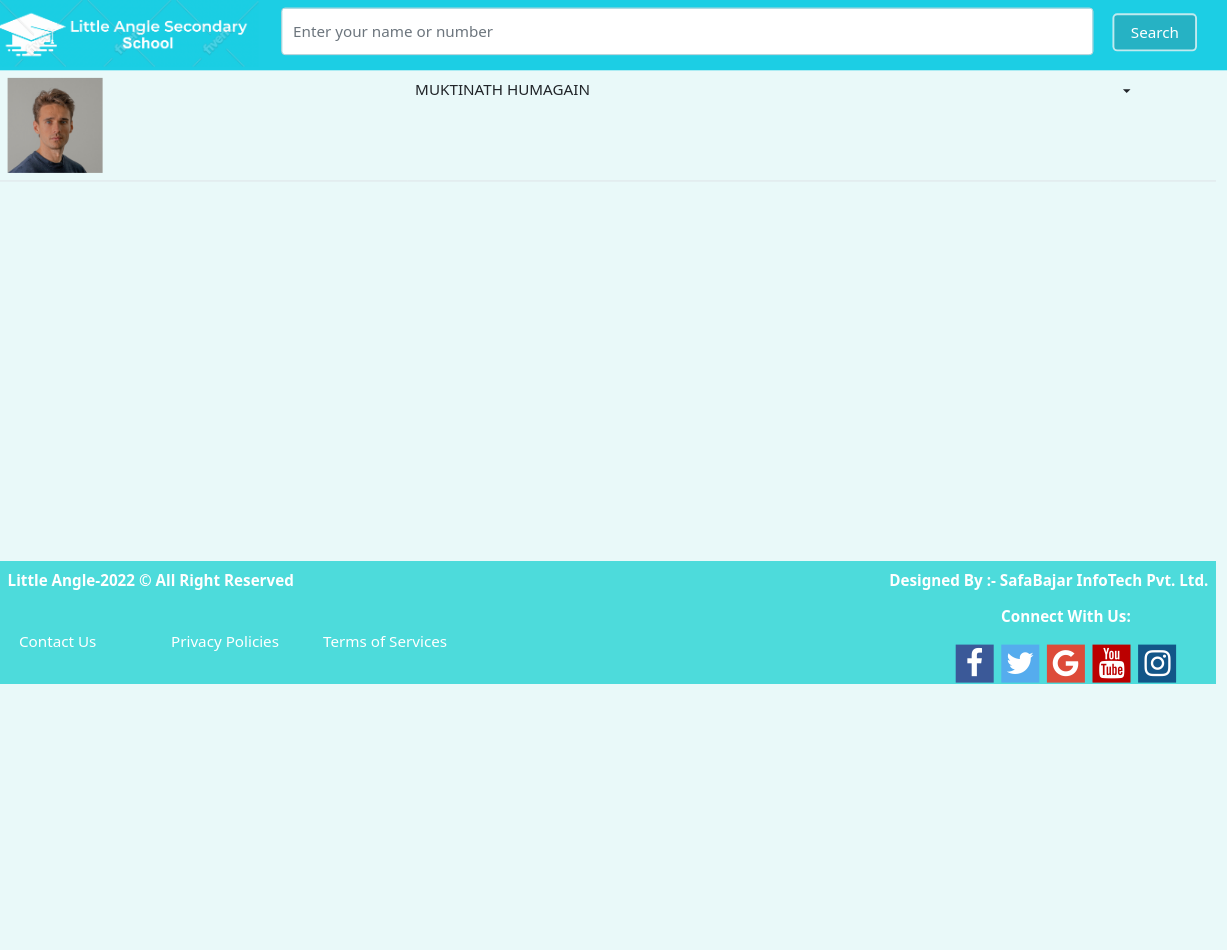
Repository: Sjuicyy/School-Project
Page: profilesview.html
These files come from the project's save history. The page is drawn as it stood at one moment and after the next save; the edit follows.
The browser window is 1280 px wide. The page is 1292 px wide, so the pictures cover 1292 px, including what lies to the right of the window. The pictures show the whole page, at 95% of full size.

Above is the page before, as saved 2022-09-22 11:31:18.

### profilesview.html
<!doctype html>
<html lang="en">

<head>
    <!-- Required meta tags -->
    <meta charset="utf-8">
    <meta name="viewport" content="width=device-width, initial-scale=1">

    <!-- Bootstrap CSS -->
    <link href="https://cdn.jsdelivr.net/npm/bootstrap@5.0.2/dist/css/bootstrap.min.css" rel="stylesheet"
        integrity="sha384-EVSTQN3/azprG1Anm3QDgpJLIm9Nao0Yz1ztcQTwFspd3yD65VohhpuuCOmLASjC" crossorigin="anonymous">

    <link rel="stylesheet" href="https://cdnjs.cloudflare.com/ajax/libs/font-awesome/4.7.0/css/font-awesome.min.css">


    <style>
        body {
            height: 1000px;
        }

        .navcol {
            background-color: rgb(28, 206, 228);
        }

        .row0 div {
            width: auto;
            display: flex;
        }

        .img {
            height: 70px;
            width: 100%;
        }

        .form-control {
            height: 50px;
        }


        .btn1 {
            background-color: rgb(38, 178, 196);
            color: white;
            height: 40px;
            width: 100px;
            margin: 20px;
            margin-top: 14px;
            border: 2px solid rgba(255, 255, 255, 0.715);
            border-radius: 5px;
        }

        .btn1:hover {
            background-color: rgba(0, 225, 255, 0);
            border: 2px solid white;
            outline: none;
        }

        .btn1:active {
            color: rgba(255, 255, 255, 0.667);
            border: 2px solid rgba(255, 255, 255, 0.533);
        }

        .footer {
            background-color: rgb(77, 219, 219);
            position: fixed;
            width: 100%;
            overflow: AUTO;
            color: rgb(255, 255, 255);
            bottom: 0;
        }

        .footer::-webkit-scrollbar {
            display: none;
        }


        .fb {

            width: 160px
        }

        .fa1 {
            font-size: xx-large;
            padding: 4px;
            margin: 2px;
            width: 40px;
            text-decoration: none;
        }

        .fa-facebook {
            background: #3B5998;
            color: white;
        }

        .fa-twitter {
            background: #55ACEE;
            color: white;
        }

        .fa-google {
            background: #dd4b39;
            color: white;
        }

        .fa-youtube {
            background: #bb0000;
            color: white;
        }

        .fa-instagram {
            background: #125688;
            color: white;
        }

        .red {
            border: 1px solid rgb(219, 77, 77);
        }

        .green {
            border: 1px solid rgb(2, 183, 255);
        }

        .yello {
            border: 1px solid rgb(193, 255, 6);
        }

        .btn2 {
            background-color: rgb(77, 219, 219);
            width: 400px;
        }

        .color {
            color: rgb(28, 206, 228);
        }

        .a {
            text-decoration: none;
            color: rgb(77, 219, 219);
        }

        .loginopt {
            background-color: rgb(255, 255, 255);
            color: rgb(28, 206, 228);
            border: 2px solid;
            width: 43px;
            border-radius: 100px;
            margin: 10px;
        }

        .loginopt:hover {
            color: #0c91f7;
        }

        .btn2:hover {
            background-color: #2a8bd0;
        }
    </style>
    <title>Little Angle School</title>
</head>

<body style="background-color:#99e6e335 ;>
    <!-- heading start -->
    <div class=" container-fluid text-center">
    <div class="row row0 navcol">
        <div class="col-3">
            <a href="pages.html">
                <img class="img" src="./school.png" alt="">
            </a>
        </div>
        <div class="col">
            <input class="form-control mt-2 " type="search" placeholder="Enter your name or number "
                aria-label="Search">
            <button class="btn1" type="submit">Search</button>
            </form>
        </div>
    </div>
    </div>
    <!-- heading end -->



    <!-- profile view body  -->




    <!-- <div class="container mt-4 w-75" style="border: 3px solid #0c91f7;">
        <div class="m-1">


        <div class="row">
            <div class="col-auto  ">
                <img src=" ./profile pic.jpg" width="100px" alt="">
            </div>
            <div class="col " style="">
                <div class="row mt-3 m-auto">
                    <div class="col-auto m-auto w-50 "><b>Name: </b>Shyam Joshi</div>
                    <div class="col-auto m-auto w-50 "><b> Email: </b>Sjuicyy@gmail.com</div>
                </div>
                <div class="row mt-3 m-auto">
                    <div class="col-auto m-auto w-50 "><B>DoB: </B>2055/04/31</div>
                    <div class="col-auto m-auto w-50 "><b>Mobile</b>: +977-9867867202</div>
                </div>
            </div>
            <div class="col-auto " style="overflow:hidden; width:100px">
                <div class="col mt-3 ">
                    <div class="btn btn-primary btn-sm  w-100">view</div>
                </div>
                <div class="col  mt-2">
                    <div class="btn btn-primary btn-sm  w-100">Edit</div>
                </div>
            </div>
        </div>

    </div>
    </div> -->



    <!-- // profile view body  -->





    <!-- another responsive table start -->










    <div class="table-responsive text-nowrap">
        <table class="table table-hover">
            <tbody class="table-border-bottom-0">
                <tr class="text-nowrap">
                    <td>
                        <img src="./profile pic.jpg" width="100px" alt="">
                    </td>
                    <td>MUKTINATH HUMAGAIN</td>
                    <td>
                        <div class="dropdown">
                            <button type="button" class="btn p-0 dropdown-toggle hide-arrow" data-bs-toggle="dropdown">
                            </button>
                        </div>
                    </td>


                </tr>
            </tbody>
        </table>
    </div>
    <!-- another responsive table end -->








    <!-- footer start -->


    <div class="footer">
        <div class="row ">
            <div class="col mx-2 mt-2" style="text-align:left"> <b>Little Angle-2022 © All Right Reserved</b> </div>
            <div class="col mx-2 mt-2" style="text-align:right">
                <p> <b>Designed By :- SafaBajar InfoTech Pvt. Ltd.</b> </p>
            </div>
        </div>
        <div class="row mx-2">
            <div class="col-2  fb" style="text-align:left;margin-top:25px">Contact Us</div>
            <div class="col-2  fb" style="text-align:left;margin-top:25px">Privacy Policies</div>
            <div class="col-2  fb" style="text-align:left;margin-top:25px">Terms of Services</div>
            <div class="col  fb" style="text-align:left"></div>
            <div class="col-6 fb mt-2" style="text-align:center;width:300px">
                <p style="margin-top: -10px;"> <b>Connect With Us:</b> </p>
                <a href="https://www.facebook.com/search/top?q=safabazar%20private%20limited" class="fa fa1 fa-facebook"
                    style="text-align:center;margin-top:-10px"></a>
                <a href="#" class="fa fa1 fa-twitter"></a>
                <a href="#" class="fa fa1 fa-google"></a>
                <a href="#" class="fa fa1 fa-youtube"></a>
                <a href="#" class="fa fa1 fa-instagram"></a>
            </div>
        </div>

    </div>

    </div>

    </div>












    <!-- Optional JavaScript; choose one of the two! -->

    <!-- Option 1: Bootstrap Bundle with Popper -->
    <script src="https://cdn.jsdelivr.net/npm/bootstrap@5.0.2/dist/js/bootstrap.bundle.min.js"
        integrity="sha384-MrcW6ZMFYlzcLA8Nl+NtUVF0sA7MsXsP1UyJoMp4YLEuNSfAP+JcXn/tWtIaxVXM"
        crossorigin="anonymous"></script>

    <!-- Option 2: Separate Popper and Bootstrap JS -->
    <!--
    <script src="https://cdn.jsdelivr.net/npm/@popperjs/core@2.9.2/dist/umd/popper.min.js" integrity="sha384-IQsoLXl5PILFhosVNubq5LC7Qb9DXgDA9i+tQ8Zj3iwWAwPtgFTxbJ8NT4GN1R8p" crossorigin="anonymous"></script>
    <script src="https://cdn.jsdelivr.net/npm/bootstrap@5.0.2/dist/js/bootstrap.min.js" integrity="sha384-cVKIPhGWiC2Al4u+LWgxfKTRIcfu0JTxR+EQDz/bgldoEyl4H0zUF0QKbrJ0EcQF" crossorigin="anonymous"></script>
    -->
</body>

</html>

After the next save:
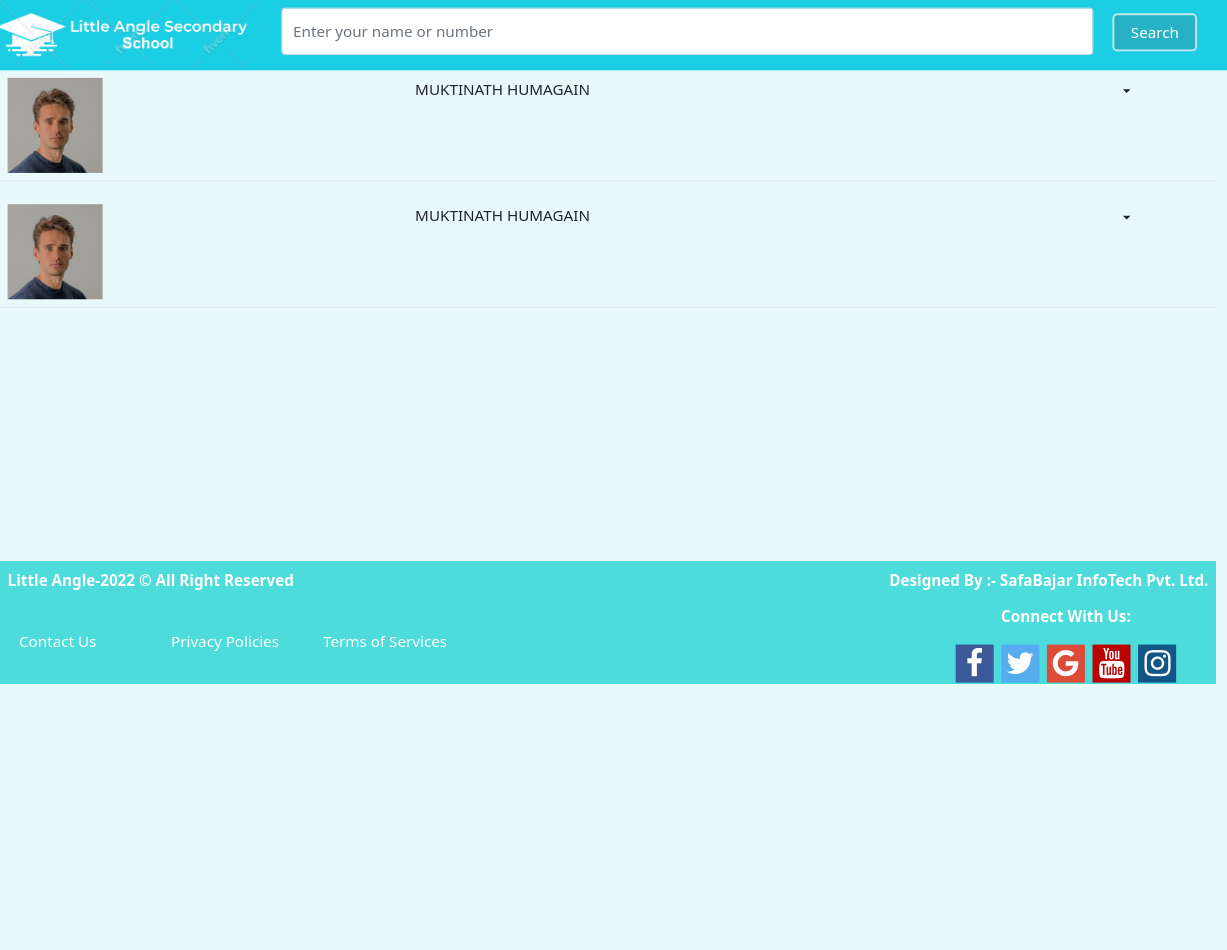
Saved 13 s later.
--- a/profilesview.html
+++ b/profilesview.html
@@ -247,7 +247,24 @@
                             </button>
                         </div>
                     </td>
-
+                    <table class="table table-hover">
+                        <tbody class="table-border-bottom-0">
+                            <tr class="text-nowrap">
+                                <td>
+                                    <img src="./profile pic.jpg" width="100px" alt="">
+                                </td>
+                                <td>MUKTINATH HUMAGAIN</td>
+                                <td>
+                                    <div class="dropdown">
+                                        <button type="button" class="btn p-0 dropdown-toggle hide-arrow" data-bs-toggle="dropdown">
+                                        </button>
+                                    </div>
+                                </td>
+
+
+                            </tr>
+                        </tbody>
+                    </table>
 
                 </tr>
             </tbody>

After the 2 saves that followed:
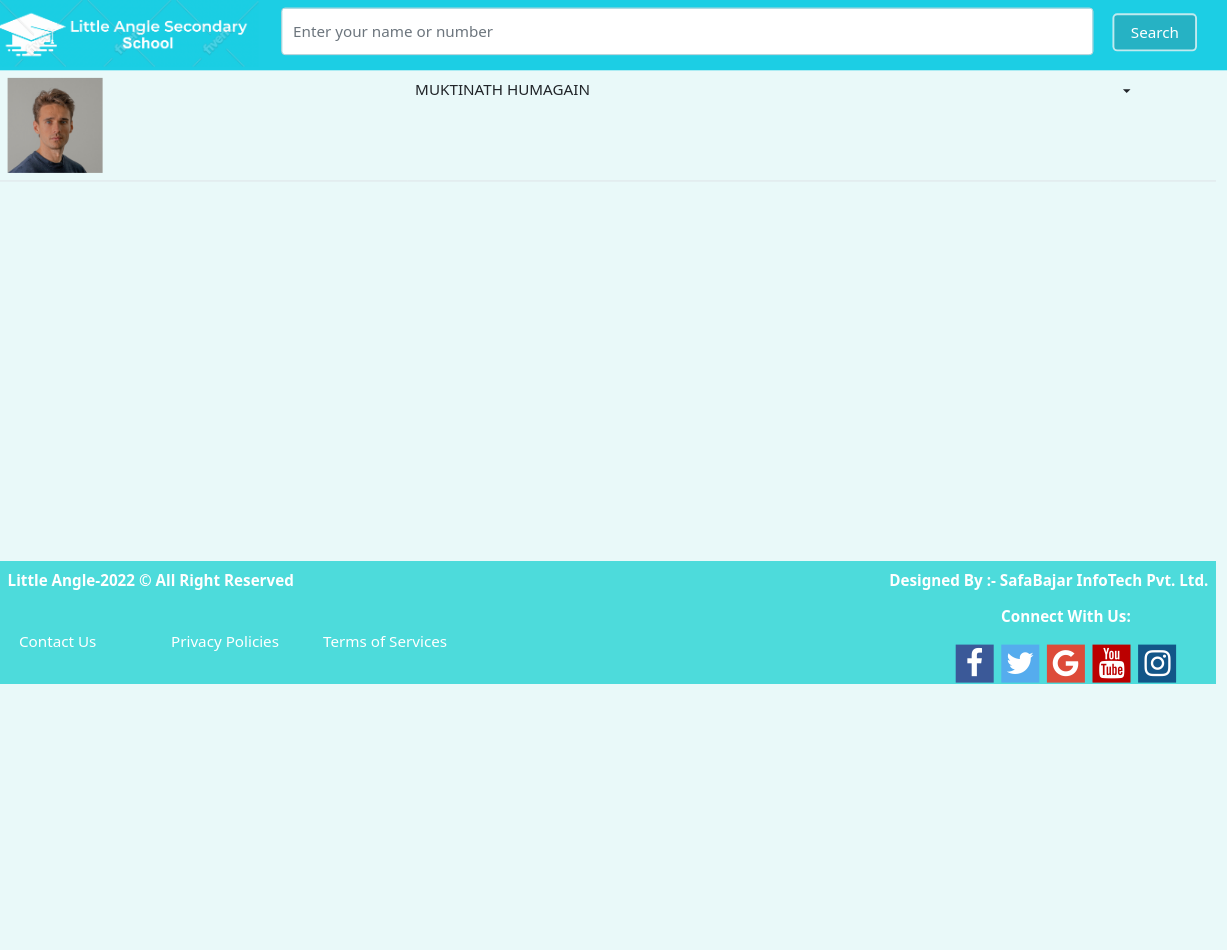
The 2 saves are shown as one change because they came seconds apart.
The last was saved 5 s later.
--- a/profilesview.html
+++ b/profilesview.html
@@ -247,24 +247,7 @@
                             </button>
                         </div>
                     </td>
-                    <table class="table table-hover">
-                        <tbody class="table-border-bottom-0">
-                            <tr class="text-nowrap">
-                                <td>
-                                    <img src="./profile pic.jpg" width="100px" alt="">
-                                </td>
-                                <td>MUKTINATH HUMAGAIN</td>
-                                <td>
-                                    <div class="dropdown">
-                                        <button type="button" class="btn p-0 dropdown-toggle hide-arrow" data-bs-toggle="dropdown">
-                                        </button>
-                                    </div>
-                                </td>
-
-
-                            </tr>
-                        </tbody>
-                    </table>
+
 
                 </tr>
             </tbody>
